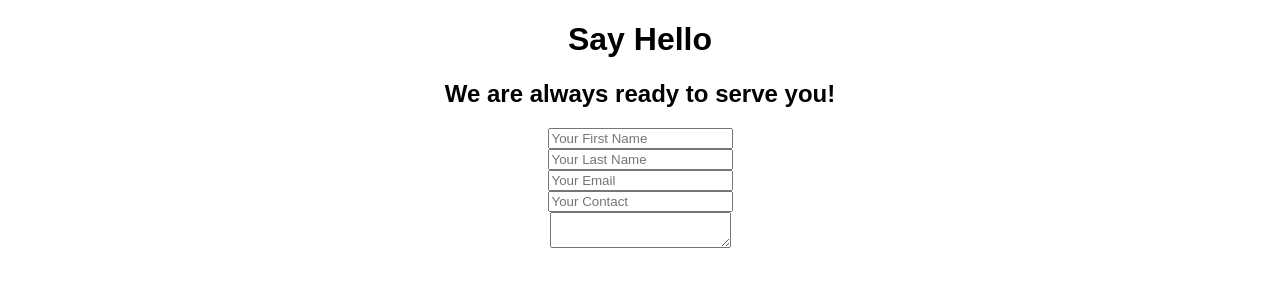
Repository: Owusuharriet/HW1-HAMAH.index.html
Page: index.htm
The author's editor kept a copy of each file at every save. The page is drawn from the files as they stood at one save, then again after the next save.
The browser window is 1280 px wide. The pictures show the whole page.

Above is the page before, as saved 2020-08-03 22:32:37.

### index.htm
<!DOCTYPE html>
<html lang="en">
<head>
    <meta charset="UTF-8">
    <meta name="viewport" content="width=device-width, initial-scale=1.0">
    <link rel="stylesheet" type="text/css" href="./styles/style.css">
    <title>Contact Form</title>
</head>
<body>
    <div class="contact-title">
        <h1>Say Hello</h1>
        <h2>We are always ready to serve you!</h2>
    </div>

    <div class="contact-form">
        <form id="contact-form" method="post" action=""></form>
        <input name="name" type="text" class="form-control" placeholder="Your First Name" required><br>
        <input name="name" type="text" class="form-control" placeholder="Your Last Name" required><br>
        <input name="emial" type="email" class="form-control" placeholder="Your Email"required><br>
        <input name="contact" type="contact" class="form-control" placeholder="Your Contact"><br>



        <textarea name="message" class="from-control"></textarea>

    </div>


</body>
</html>

### style.css
body{
    margin: 0;
    padding: 0;
    text-align: center;
    background: linear-gradient(0,0 150, 0.5,),rgba(0, 0, 50, 0.5),url(laptop.jpg);
    background-size: cover;
    background-position: center;
    font-family: sans-serif;
}

.content-title{
    margin-top: 90px;
    color: #fff;
    text-transform: uppercase;
    transition: all 2 ease-in-out;

}
.content-title h1{
    font-size: 32px;
    line-height: 10px;
}

.content-title h2{
    font-size: 10px;
}

After the next save:
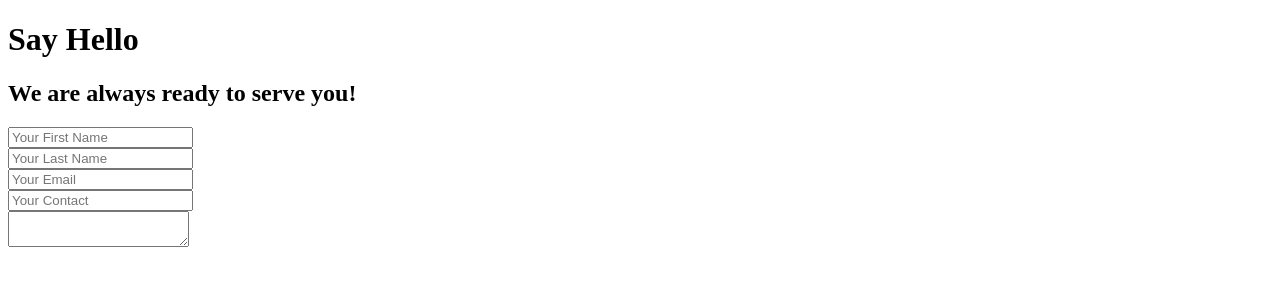
Saved 101 s later.
--- a/index.htm
+++ b/index.htm
@@ -3,7 +3,7 @@
 <head>
     <meta charset="UTF-8">
     <meta name="viewport" content="width=device-width, initial-scale=1.0">
-    <link rel="stylesheet" type="text/css" href="./styles/style.css">
+    <link rel="stylesheet" type="text/css" href="./style
     <title>Contact Form</title>
 </head>
 <body>
